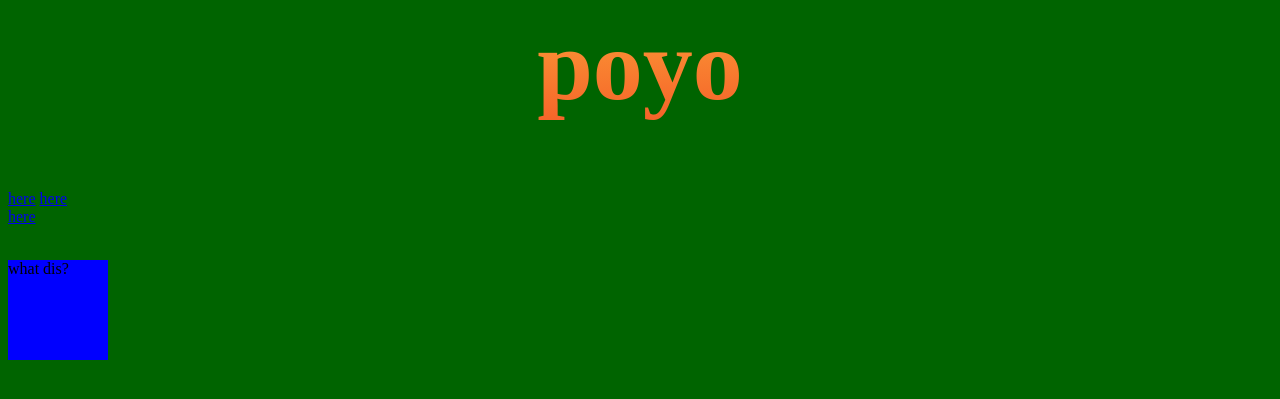
Repository: jessehapuli/jessehapuli.github.io
Page: rocket/idex.html
The author's editor kept a copy of each file at every save. The page is drawn from the files as they stood at one save, then again after the next save.
The browser window is 1280 px wide. The pictures show the whole page.

Above is the page before, as saved 2024-04-18 12:52:05.

After the next save:
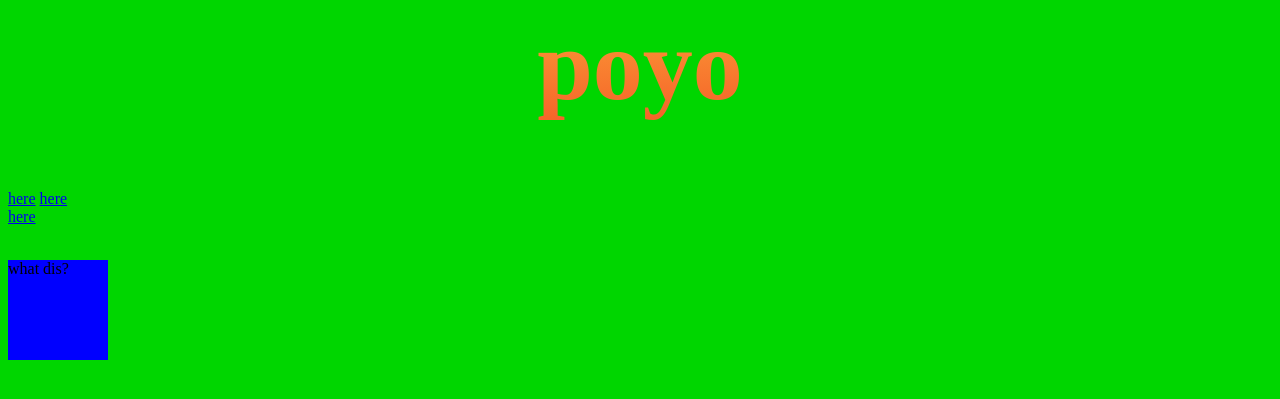
Saved 110 s later.
--- a/rocket/lmao.css
+++ b/rocket/lmao.css
@@ -1,5 +1,5 @@
 body {
-    background-color: darkgreen;
+    background-color: rgb(0, 214, 0);
 }
 
 .cool {
